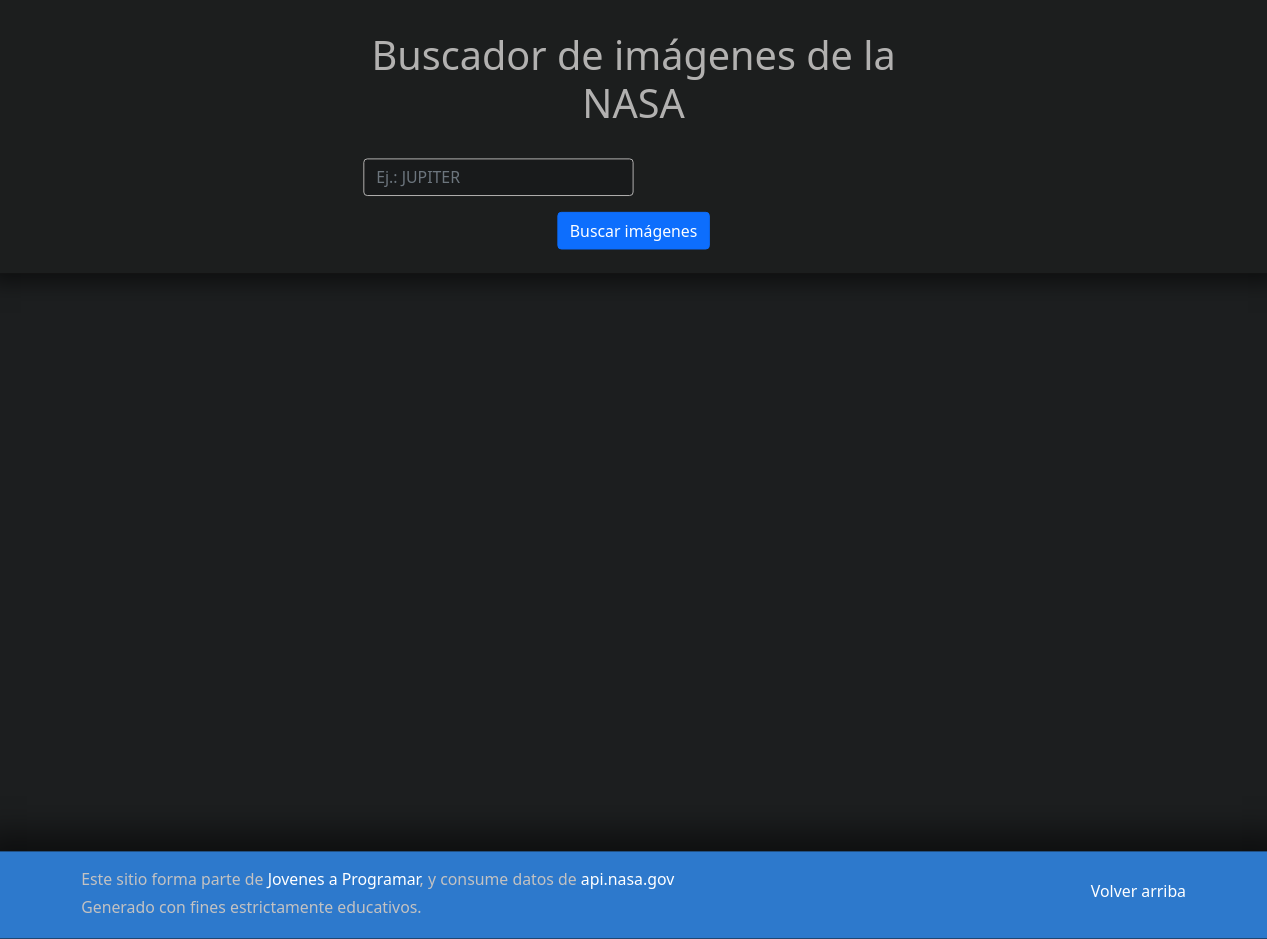
Repository: romancegirl/galaxies
Page: index.html
These files come from the project's save history. The page is drawn as it stood at one moment and after the next save; the edit follows.
The browser window is 1280 px wide. The pictures show the whole page, at 99% of full size.

Above is the page before, as saved 2024-11-30 04:49:43.

### index.html
<!doctype html>
<html lang="es">

<head>
  <meta charset="utf-8">
  <meta name="viewport" content="width=device-width, initial-scale=1">
  <title>Buscador de imágenes de la NASA</title>

  <link href="css/bootstrap.min.css" rel="stylesheet">
  <link rel="stylesheet" href="css/style.css">
</head>

<body>

  <header>
    <div id="intro">
      <div class="text-center container">
        <div class="row py-lg-3">
          <div class="col-lg-6 col-md-8 mx-auto" id="beggining">
            <h1 class="fw-light">Buscador de imágenes de la NASA</h1>
            <input type="search" class="form-control" name="buscar" id="inputBuscar" placeholder="Ej.: JUPITER">
            <button class="btn btn-primary my-2" id="btnBuscar">Buscar imágenes</button>
          </div>
        </div>
      </div>
    </div>
  </header>

  <main>
    <div class="container">
      <div id="contenedor">
      </div>
    </div>
  </main>


  <footer class="text-muted py-3">
    <div class="container">
      <p class="float-end mb-1">
        <a href="#">Volver arriba</a>
      </p>
      <p class="mb-1">Este sitio forma parte de <a href="https://jovenesaprogramar.edu.uy/" target="_blank">
          Jovenes a Programar</a>, y consume datos de <a href="https://api.nasa.gov/" target="_blank">
          api.nasa.gov</a></p>
      <p class="mb-1">Generado con fines estrictamente educativos.</p>
    </div>
  </footer>

  <script src="https://cdn.jsdelivr.net/npm/bootstrap@5.3.1/dist/js/bootstrap.bundle.min.js"></script>
  <script src="js/space.js"></script>

</body>

</html>

### css/style.css
body {
    background-color: #1C1E1F;
    color: #B2B1B0;
    display: flex;
    flex-direction: column;
    min-height: 100vh;
}

main {
    min-height: calc(100vh - 160px);
    flex-grow: 1;
}

#intro {
    background-color: #1c1e1f9b;
    padding-top: 1rem;
    position: relative;
    box-shadow: 0 0 20px 10px rgba(0, 0, 0, 0.5);
}

h1 {
    margin-bottom: 2rem;
}

#inputBuscar {
    width: 50%;
}

input[type="search"] {
    background-color: #181A1B;
    border: 1px solid #B2B1B0;
    color: #B2B1B0;
}

input[type="search"]:focus {
    box-shadow: 0 0 5px #2D79CC;
    background-color: #181A1B;
    border: 1px solid #2D79CC;
    color: #B2B1B0;
}

.form-control {
    margin-bottom: 0.5rem;
}


#contenedor {
    display: flex;
    flex-wrap: wrap;
    justify-content: center;
    gap: 1rem;
    align-items: center;
}

.card {
    width: 22rem;
    height: 500px;
    display: flex;
    flex-direction: column;
    overflow: hidden;
    margin-top: 2rem;
    background-color: #181A1B;
    color: #c3c2c2;
    box-shadow: 0 0 4px 4px #2d7acc66;
}

.card-img-top {
    width: 100%;
    height: 250px;
    object-fit: cover;
}

.card-body {
    height: 250px;
    overflow-y: auto;
    padding: 1rem;
}

.card-text {
    display: -webkit-box;
    -webkit-line-clamp: 3;
    -webkit-box-orient: vertical;
    overflow: hidden;
    transition: all 0.3s ease-in-out;
}

.card-text.more {
    -webkit-line-clamp: 3;
    overflow: hidden;
}

.card-text.full {
    -webkit-line-clamp: unset;
    overflow: visible;
}

#more {
    cursor: pointer;
    color: #007bff;
    text-decoration: none;
    display: block;
    margin-top: 10px;
}



footer {
    background-color: #2D79CC;
    bottom: 0;
    width: 100%;
    margin-top: 1.5rem;
    box-shadow: 0 0 30px 20px rgba(0, 0, 0, 0.5);
}

footer p {
    color: #c3c2c2
}

footer a {
    color: #ffffff;
    text-decoration: none;
}

footer a:hover {
    color: #9b9a9b;
    transform: scale(1.05);
    transition: color 0.3s, text-shadow 0.3s;
}

footer .float-end {
    transform: translateY(50%);
}




@media (max-width: 1200px) {
    .col-lg-6 {
        width: 50%;
    }
}

@media (max-width: 768px) {
    .col-md-4 {
        width: 100%;
    }
}

### js/space.js
// Función para alternar la visibilidad del texto
function toggleDescription(button) {
    const cardBody = button.closest('.card-body');
    const descriptionText = cardBody.querySelector('.card-text');

    // Alternar clases entre "more" y "full" en el texto de la descripción
    if (descriptionText.classList.contains('more')) {
        descriptionText.classList.remove('more');
        descriptionText.classList.add('full');
        button.textContent = 'Ver menos'; // Cambiar el texto del botón
    } else {
        descriptionText.classList.remove('full');
        descriptionText.classList.add('more');
        button.textContent = 'Ver más'; // Cambiar el texto del botón
    }
}

// Asegúrate de que el evento de clic esté correctamente asignado en el HTML generado
const inputBuscar = document.getElementById('inputBuscar');
const btnBuscar = document.getElementById('btnBuscar');
const contenedor = document.getElementById('contenedor');

const searchNASAImages = async () => {
    const query = inputBuscar.value.trim();

    if (!query) {
        alert('Por favor, ingresa un término de búsqueda.');
        return;
    }

    const nasaAPI = `https://images-api.nasa.gov/search?q=${query}`;

    try {
        const response = await fetch(nasaAPI);
        const data = await response.json();

        const items = data.collection.items;
        if (!items || items.length === 0) {
            contenedor.innerHTML = `
            <h3><strong>No hemos encontrado información relacionada a "${query}".</strong></h3>`;
            return;
        }

        contenedor.innerHTML = '';

        const row = document.createElement('div');
        row.className = 'row';

        items.forEach((item) => {
            const { title, description, date_created } = item.data[0];
            const imageUrl = item.links?.[0]?.href || 'https://via.placeholder.com/150';

            // Crear la tarjeta
            const card = document.createElement('div');
            card.className = 'col-12 col-md-4 mb-6';

            // Contenido de la tarjeta
            card.innerHTML = `
                <div class="card">
                    <img src="${imageUrl}" class="card-img-top" alt="${title}">
                    <div class="card-body">
                        <h5 class="card-title">${title}</h5>
                        <p class="card-text more">${description || 'Descripción no disponible.'}</p>
                        <!-- Aquí controlamos la visibilidad del botón -->
                        ${description && description.length > 200 ? '<p class="card-text" id="more" onclick="toggleDescription(this)">Ver más</p>' : ''}
                        <p class="card-text"><small class="text-muted">Fecha: ${new Date(date_created).toLocaleDateString()}</small></p>
                    </div>
                </div>
            `;

            const descriptionText = card.querySelector('.card-text');
            const moreButton = card.querySelector('#more');
            if (!description || description.length <= 200) {
                if (moreButton) {
                    moreButton.style.display = 'none';
                }
                descriptionText.classList.add('full');
            }

            row.appendChild(card);
        });

        contenedor.appendChild(row);
    } catch (error) {
        console.error('Error al obtener datos:', error);
        contenedor.innerHTML = `<p class="text-center text-danger">Ocurrió un error al obtener los datos.</p>`;
    }
};

btnBuscar.addEventListener('click', searchNASAImages);
inputBuscar.addEventListener('keydown', (event) => {
    if (event.key === 'Enter') {
        event.preventDefault();
        searchNASAImages();
    }
});

Loaded but not shown: css/bootstrap.min.css (library)

After the next save:
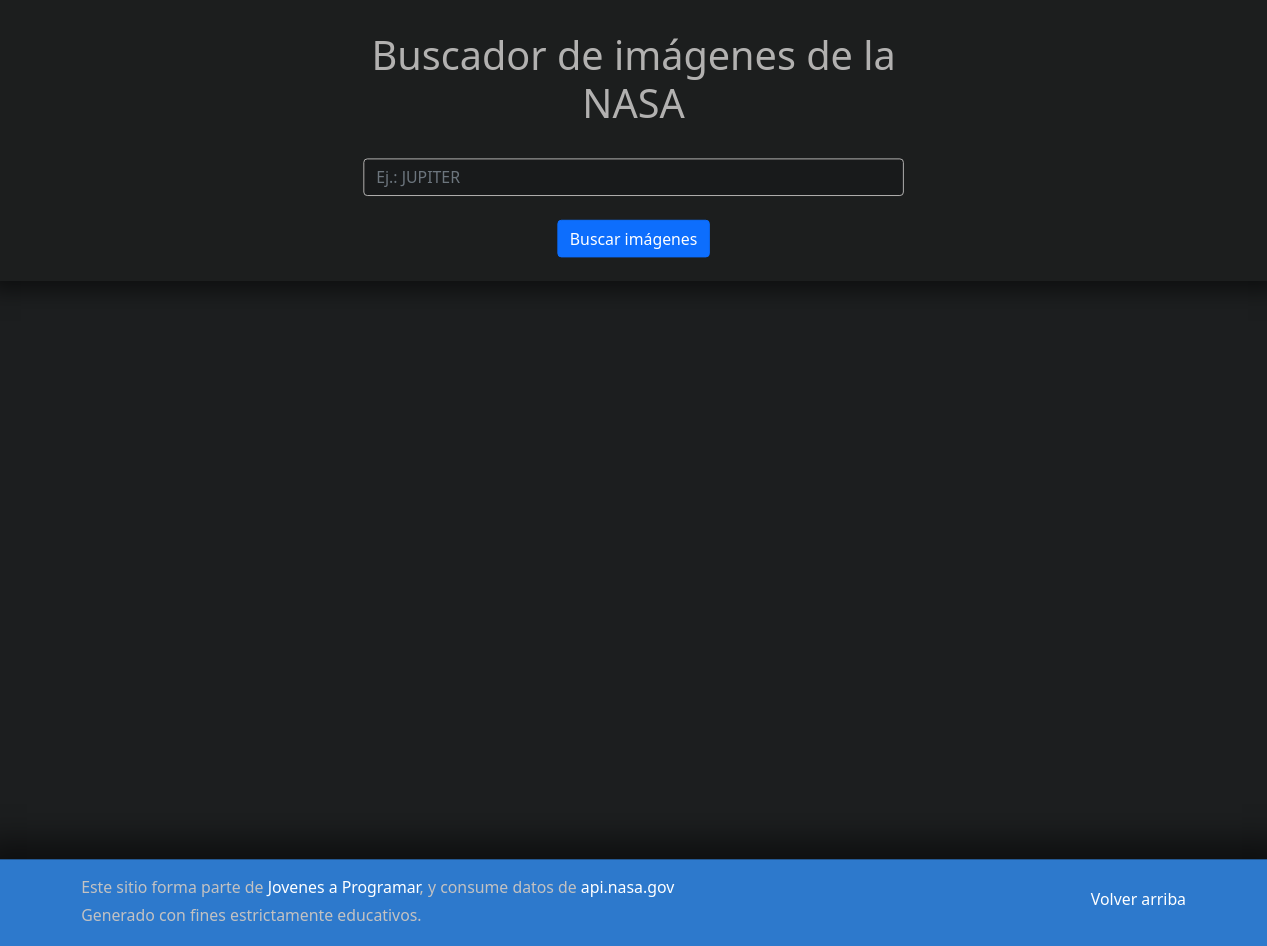
Saved 10 s later.
--- a/css/style.css
+++ b/css/style.css
@@ -23,7 +23,7 @@
 }
 
 #inputBuscar {
-    width: 50%;
+    margin-bottom: 1rem;
 }
 
 input[type="search"] {

After the save that followed:
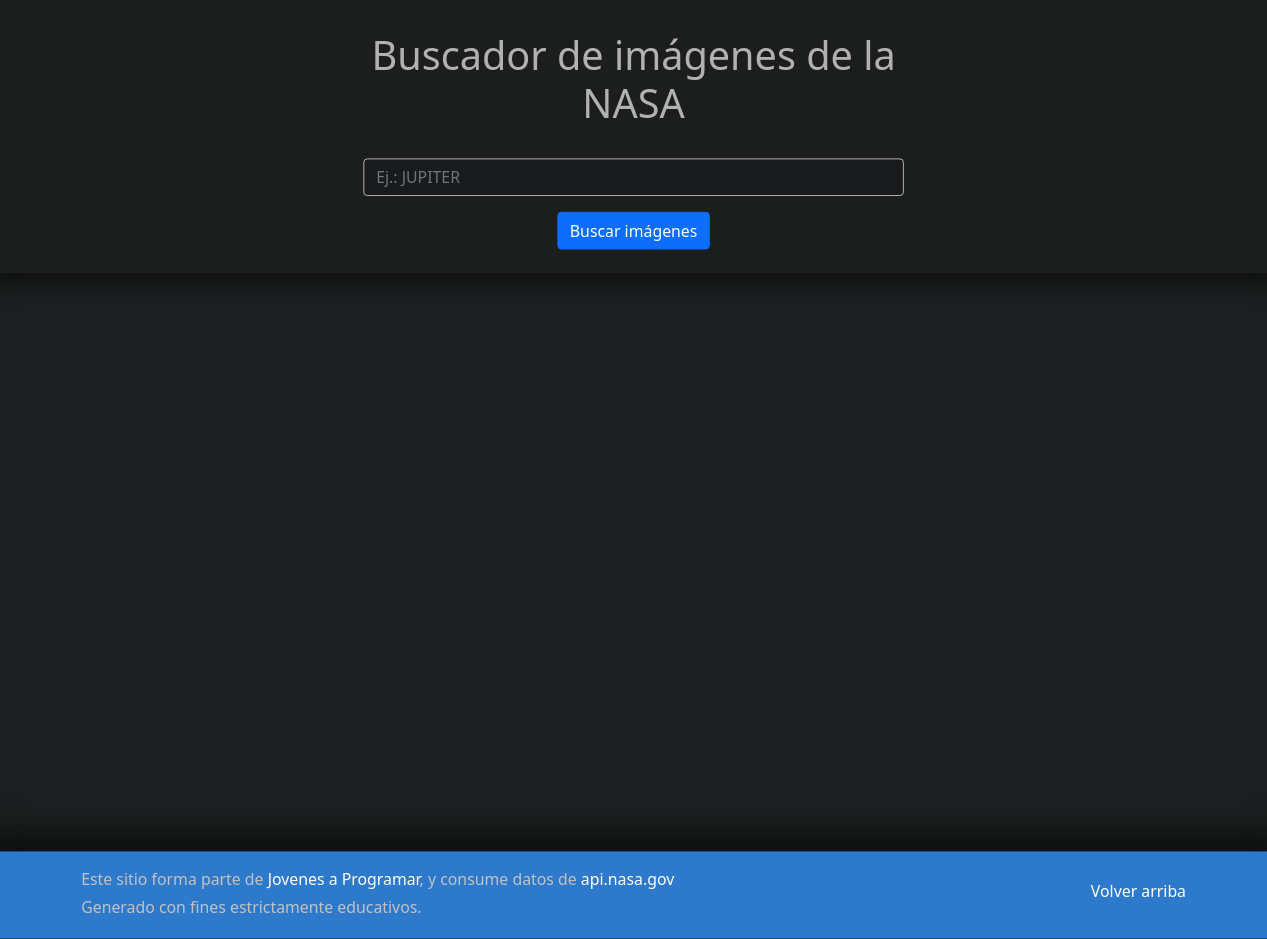
Saved 9 s later.
--- a/css/style.css
+++ b/css/style.css
@@ -23,7 +23,7 @@
 }
 
 #inputBuscar {
-    margin-bottom: 1rem;
+    margin-bottom: 0.5rem;
 }
 
 input[type="search"] {
